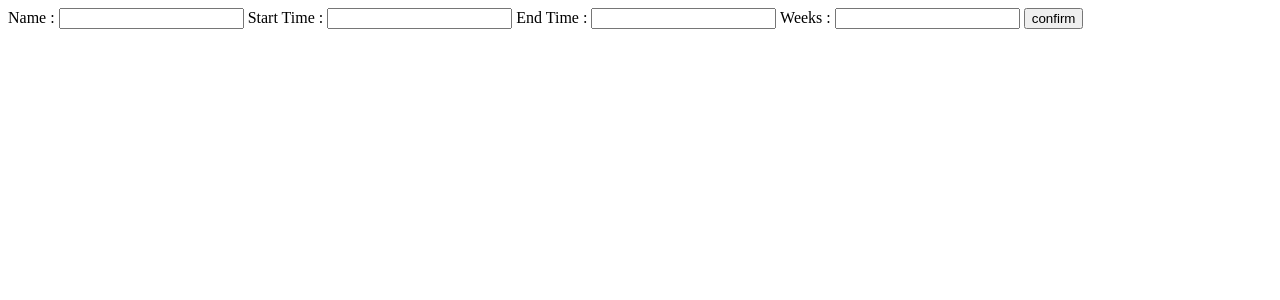
Repository: wurikiji/ttFS
Page: hunbag/webapp/TimetableFilesystem/index.html
The author's editor kept a copy of each file at every save. The page is drawn from the files as they stood at one save, then again after the next save.
The browser window is 1280 px wide. The pictures show the whole page.

Above is the page before, as saved 2014-12-07 05:48:16.

After the next save:
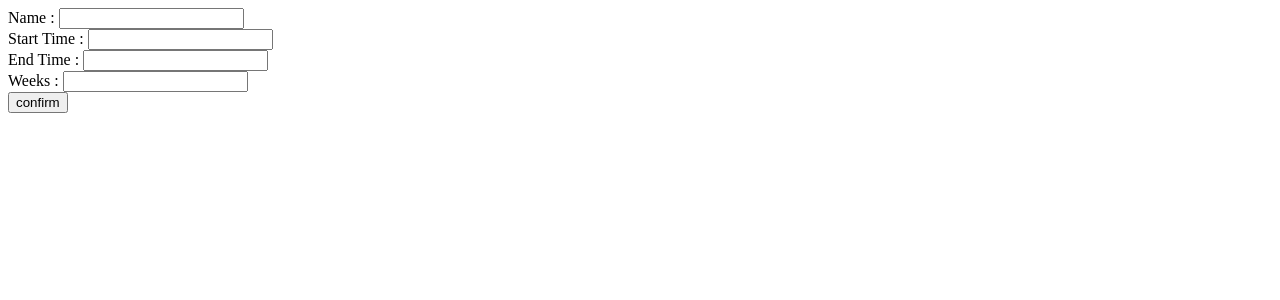
Saved 27 s later.
--- a/hunbag/webapp/TimetableFilesystem/index.html
+++ b/hunbag/webapp/TimetableFilesystem/index.html
@@ -6,10 +6,10 @@
 
 <body>
 	<form>
-		Name : <input type="text" name="Name">
-		Start Time : <input type="text" name="StartTime">
-		End Time : <input type="text" name="EndTime">
-		Weeks : <input type="text" name="Weeks">
+		Name : <input type="text" name="Name"><br>
+		Start Time : <input type="text" name="StartTime"><br>
+		End Time : <input type="text" name="EndTime"><br>
+		Weeks : <input type="text" name="Weeks"><br>
 		<input type="button" VALUE="confirm" onclick="func(this.form.Name, this.form.StartTime, this.form.EndTime, this.form.Weeks);">
 	</form>
 </body>
